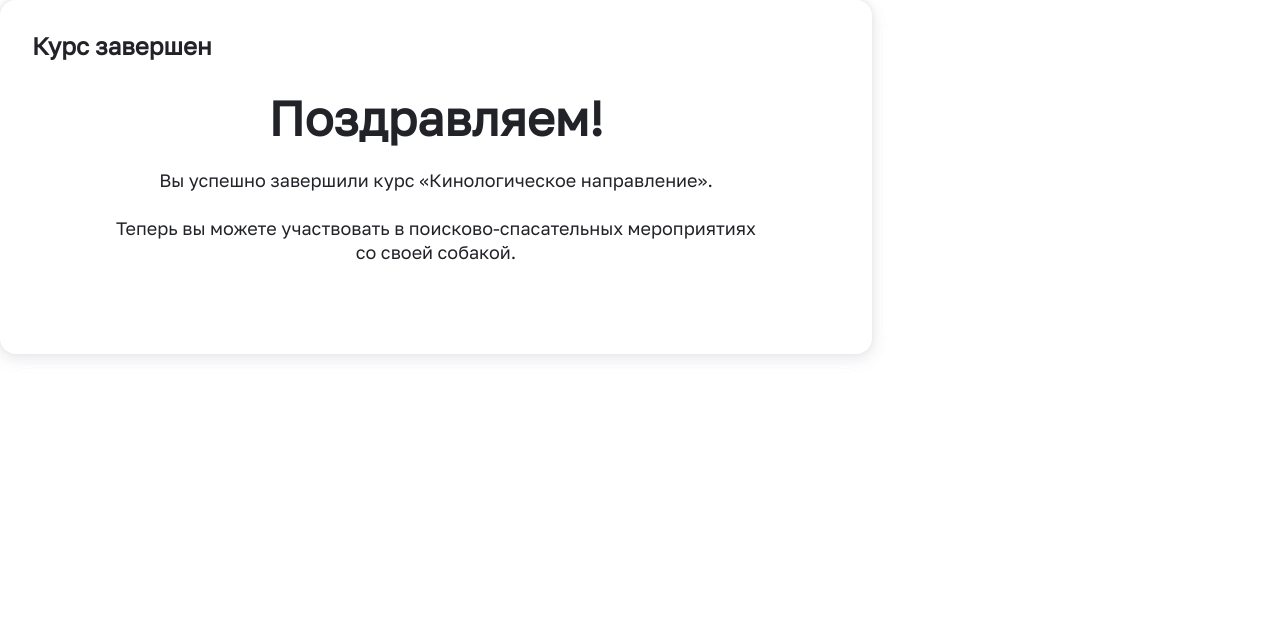
Repository: RuslanSR2424/Group5_LizaAlert
Page: index.html
The author's editor kept a copy of each file at every save. The page is drawn from the files as they stood at one save, then again after the next save.
The browser window is 1280 px wide. The pictures show the whole page.

Above is the page before, as saved 2022-03-10 14:35:43.

### index.html
<!DOCTYPE html>
<html lang="en">

<head>
    <meta charset="UTF-8">
    <meta http-equiv="X-UA-Compatible" content="IE=edge">
    <meta name="viewport" content="width=device-width, initial-scale=1.0">
    <title>Document</title>
    <link rel="stylesheet" href="./pages/index.css" />
</head>

<body class="root">
    <section class="endOfCourse">
        <div class="endOfCourse__congratulate">
            <p class="endOfCourse__name">Курс завершен</p>
            <div class="endOfCourse__container endOfCourse__container_type_congratulate">
                <h2 class="endOfCourse__title endOfCourse__title_type_congratulate">Поздравляем!</h2>
                <p class="endOfCourse__text endOfCourse__text_type_congratulate">Вы успешно завершили курс «Кинологическое направление».</p>
                <p class="endOfCourse__text endOfCourse__text_type_congratulate">Теперь вы можете участвовать в поисково-спасательных мероприятиях со своей
                    собакой.</p>
            </div>
        </div>
        <div class="sorry"></div>
    </section>

</body>

</html>

### pages/index.css
@import url(../fonts/fonts.css);
@import url(../blocks/root/root.css);

/* endOfCourse */

@import url(../blocks/endOfCourse/endOfCourse.css);
@import url(../blocks/endOfCourse/__congratulate/endOfCourse__congratulate.css);
@import url(../blocks/endOfCourse/__name/endOfCourse__name.css);
@import url(../blocks/endOfCourse/__container/endOfCourse__container.css);
@import url(../blocks/endOfCourse/__container/_type/endOfCourse__container_type_congratulate.css);
@import url(../blocks/endOfCourse/__text/endOfCourse__text.css);
@import url(../blocks/endOfCourse/__text/_type/endOfCourse__text_type_congratulate.css);
@import url(../blocks/endOfCourse/__title/endOfCourse__title.css);
@import url(../blocks/endOfCourse/__title/_type/endOfCourse__title_type_congratulate.css);

### fonts/fonts.css
@font-face {
    font-family: "GolosTextWebRegular";
    src: url(./golos/Golos-Text_Regular.woff2) format("woff2"),
      url(./golos/Golos-Text_Regular.woff) format("woff");
    font-weight: normal;
    font-style: normal;
  }
  @font-face {
    font-family: "GolosTextWebBold";
    src: url(./golos/Golos-Text_Bold.woff2) format("woff2"),
      url(./golos/Golos-Text_Bold.woff) format("woff");
    font-weight: 700,bold;
    font-style: normal;
  }

### blocks/root/root.css
.root {
  margin: 0;
  padding: 0;
  font-family: "GolosTextWebRegular";
}

### blocks/endOfCourse/endOfCourse.css
.endOfCourse {
  display: flex;
  flex-direction: column;

  width: 872px;
  height: 354px;

  background: #ffffff;
  box-shadow: 0px 0px 4px rgba(231, 232, 235, 0.6),
    0px 4px 16px rgba(231, 232, 235, 0.6);
  border-radius: 16px;
}

### blocks/endOfCourse/__congratulate/endOfCourse__congratulate.css
.endOfCourse__congratulate {
  display: flex;
  flex-direction: column;

  width: 872px;
  height: 354px;

  background: #ffffff;
  box-shadow: 0px 0px 4px rgba(231, 232, 235, 0.6),
    0px 4px 16px rgba(231, 232, 235, 0.6);
  border-radius: 16px;
}

### blocks/endOfCourse/__name/endOfCourse__name.css
.endOfCourse__name {
  font-style: normal;
  font-weight: 700;
  font-size: 24px;
  line-height: 28px;
  color: #212329;

  margin: 32px 32px 0 32px;
  padding: 0;
}

### blocks/endOfCourse/__container/endOfCourse__container.css
.endOfCourse__container {
  display: flex;
  flex-direction: column;
  align-items: center;

  width: 808px;
  height: 230px;

  margin: 32px auto 0 auto;
}

### blocks/endOfCourse/__container/_type/endOfCourse__container_type_congratulate.css
.endOfCourse__container_type_congratulate{}

### blocks/endOfCourse/__text/endOfCourse__text.css
.endOfCourse__text {
    margin: 0;
    padding: 0;
}

### blocks/endOfCourse/__text/_type/endOfCourse__text_type_congratulate.css
.endOfCourse__text_type_congratulate {
  font-style: normal;
  font-weight: 400;
  font-size: 18px;
  line-height: 24px;
  color: #212329;
  text-align: center;

  max-width: 680px;

  margin-bottom: 24px;
}

### blocks/endOfCourse/__title/endOfCourse__title.css
.endOfCourse__title {
    margin: 0;
    padding: 0;
}

### blocks/endOfCourse/__title/_type/endOfCourse__title_type_congratulate.css
.endOfCourse__title_type_congratulate {
  font-style: normal;
  font-size: 48px;
  line-height: 52px;
  color: #212329;
  margin-bottom: 24px;
}

After the next save:
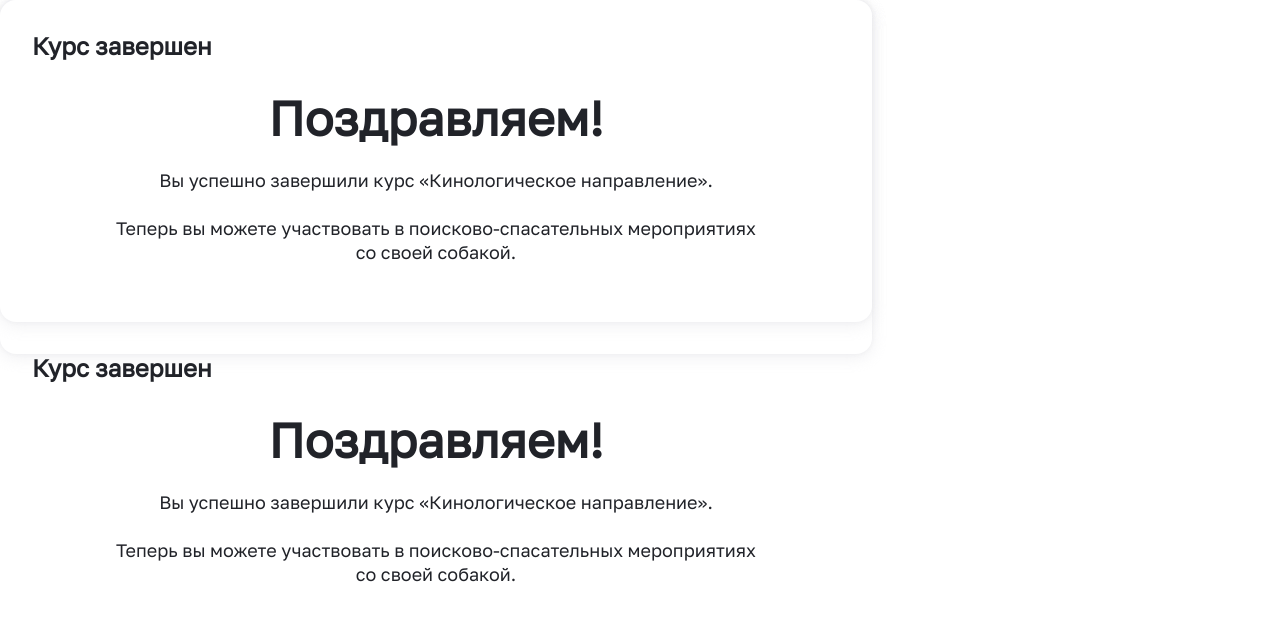
Saved 32 s later.
--- a/index.html
+++ b/index.html
@@ -15,12 +15,24 @@
             <p class="endOfCourse__name">Курс завершен</p>
             <div class="endOfCourse__container endOfCourse__container_type_congratulate">
                 <h2 class="endOfCourse__title endOfCourse__title_type_congratulate">Поздравляем!</h2>
-                <p class="endOfCourse__text endOfCourse__text_type_congratulate">Вы успешно завершили курс «Кинологическое направление».</p>
-                <p class="endOfCourse__text endOfCourse__text_type_congratulate">Теперь вы можете участвовать в поисково-спасательных мероприятиях со своей
+                <p class="endOfCourse__text endOfCourse__text_type_congratulate">Вы успешно завершили курс
+                    «Кинологическое направление».</p>
+                <p class="endOfCourse__text endOfCourse__text_type_congratulate">Теперь вы можете участвовать
+                    в поисково-спасательных мероприятиях со своей
                     собакой.</p>
             </div>
         </div>
-        <div class="sorry"></div>
+        <div class="sorry">
+            <p class="endOfCourse__name">Курс завершен</p>
+            <div class="endOfCourse__container endOfCourse__container_type_congratulate">
+                <h2 class="endOfCourse__title endOfCourse__title_type_congratulate">Поздравляем!</h2>
+                <p class="endOfCourse__text endOfCourse__text_type_congratulate">Вы успешно завершили курс
+                    «Кинологическое направление».</p>
+                <p class="endOfCourse__text endOfCourse__text_type_congratulate">Теперь вы можете участвовать
+                    в поисково-спасательных мероприятиях со своей
+                    собакой.</p>
+            </div>
+        </div>
     </section>
 
 </body>
